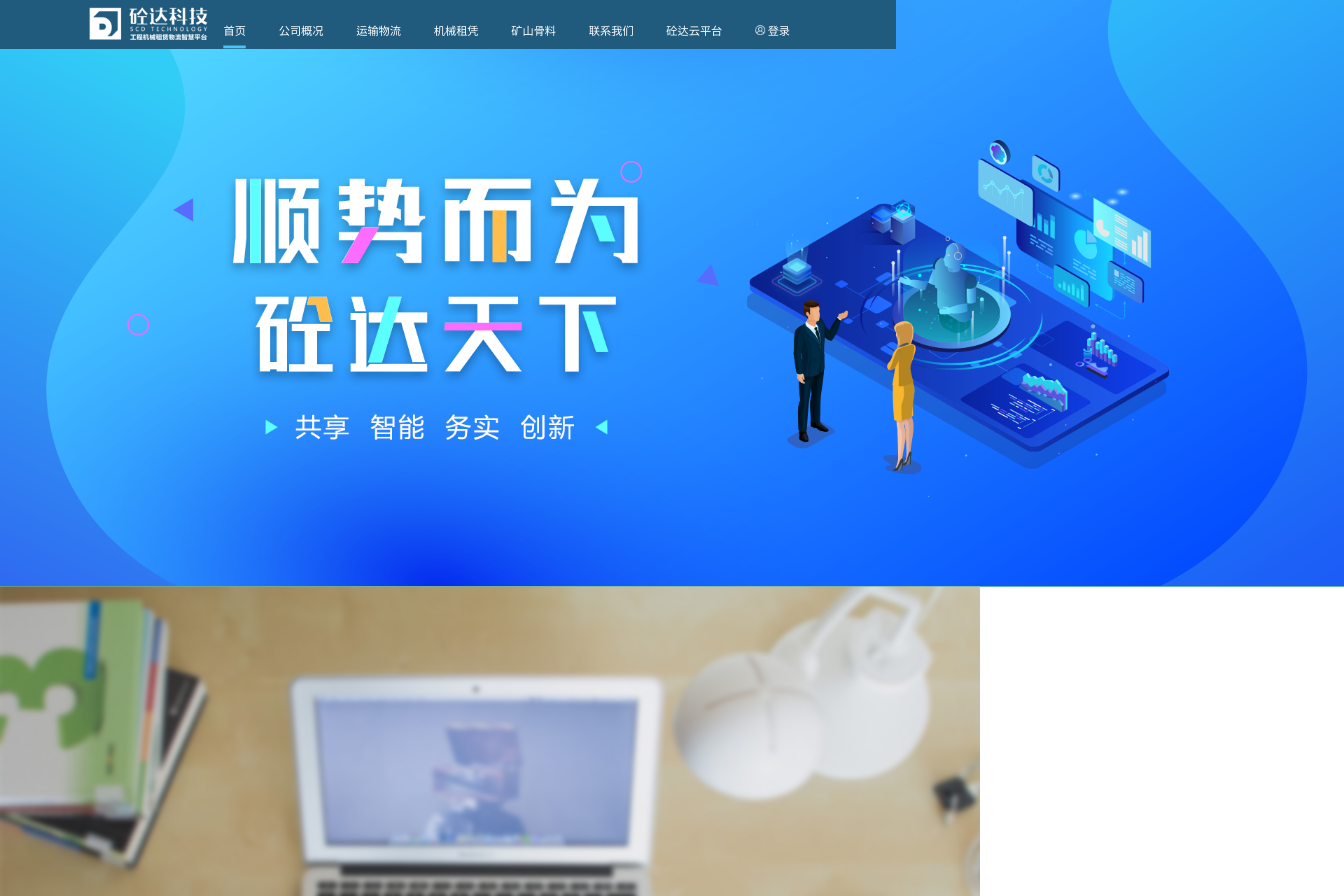
Repository: nzrdjdj/nzrdjdj.github.io
Page: index.html
An editor plug-in stored every save of this project. The page is shown before and after the next save, followed by the edit.
The browser window is 1280 px wide. The page is 1920 px wide, then 1369 px, so the pictures cover 1920 px, including what lies to the right of the window. The pictures show the part of the page from y = 0 to 1280 px (the page is 4342 px tall before and 2036 px after), at 70% of full size.

Above is the page before, as saved 2021-10-09 09:51:47.

### index.html
<!DOCTYPE html>
<html lang="en">

<head>
    <meta charset="UTF-8">
    <meta http-equiv="X-UA-Compatible" content="IE=edge">
    <meta name="viewport" content="width=device-width, initial-scale=1.0">
    <title>首页</title>
    <link rel="stylesheet" href="./css/index.css">
    <!-- <link rel="stylesheet" href="./css/lunbo.css"> -->
</head>

<script>
    // var nei = document.getElementById("ab").children;
    // var left = document.getElementsByClassName("left")[0];
    // var lunbo = document.getElementsByClassName("lunbo")[0];
    // var right = document.getElementsByClassName("right")[0];
    // var bu = document.getElementById("bu").children;
    // var index = 0

    // function str() {
    //     index++
    //     if (index >= 6) {
    //         index = 0;
    //     }
    //     main()
    // }

    // function main() {
    //     for (var i = 0; i < nei.length; i++) {
    //         nei[i].style.display = "none"
    //         bu[i].classList.remove("hei")
    //     }
    //         nei[index].style.display = "block"
    //         bu[index].classList.add("hei")
    // }

    // item = setInterval(str, 2000)
    // // 自动轮播


    // lunbo.onmouseover = function () {
    //     clearInterval(item)
    // }
    // lunbo.onmouseout = function () {
    //     item = setInterval(str, 2000)
    // }

    // // 左右按钮

    // left.onclick = function () {
    //     index--;
    //     if (index < 0) {
    //         index = nei.length - 1
    //     }
    //     main()
    // }

    // right.onclick = function () {
    //     index++;
    //     if (index >= nei.length) {
    //         index = 0
    //     }
    //     main()
    // }

    // // 底部按钮

    // for (var i = 0; i < bu.length; i++) {
    //     bu[i].index = i;
    //     bu[i].onclick = function () {
    //         index = this.index;
    //         for (var j = 0; j < bu.length; j++) {
    //             main()
    //         }

    //     }
    // }
</script>

<body>
    <div class="all">
        <div class="head">
            <div class="lunbo">
                <div class="lunbo1" id="ab">
                    <img style="display: block;" src="./images/slider/bg1.png" alt="">
                    <img src="./images/slider/bg2.jpg" alt="">
                    <img src="./images/slider/bg3.jpg" alt="">
                </div>
                <div class="button" id="bu">
                    <div class="hei"></div>
                    <div></div>
                    <div></div>
                </div>
            </div>
            <!-- <div class="haed-logo" id="lunbo">
                <img src="./images/slider/bg1.png" />
                <img src="./images/slider/bg3.jpg" />
                <img src="./images/slider/bg2.jpg" />
            </div> -->
            <div class="head-title">
                <div class="head-nav">
                    <div class="left">
                        <image class="" src="./images/logo.png" mode="widthFix" />
                    </div>
                    <div class="right">
                        <div class="hover">首页</div>
                        <div>公司概况</div>
                        <div>运输物流</div>
                        <div>机械租凭</div>
                        <div>矿山骨料</div>
                        <div>联系我们</div>
                        <div>砼达云平台</div>
                        <div>
                            <image class="" src="./images/dl.png" "/>
                            登录
                        </div>
                    </div>
                </div>
            </div>
        </div>
        <div class=" main">
                                <!-- 业务 -->
                                <div class="firstmain">
                                    <div class="firstmain-info">业务布局</div>
                                    <div class="first-border">
                                        <image class="" src="./images/partners/bar.png" />
                                    </div>
                                    <div class="colorstyle">B U S I N E S S L A Y O U T</div>
                                    <div class="main-img">
                                        <image style="width: 80%;margin-top: 10px;" src="./images/partners/map.png"
                                            mode="widthFix" />
                                    </div>
                                </div>
                                <!-- 运营 -->
                                <div class="mainCenter">
                                    <div class="firstmain-info">运营案列</div>
                                    <div class="first-border">
                                        <image class="" src="./images/partners/bar.png" />
                                    </div>
                                    <div class="colorstyle">C L N C H A D E A L T H E C A S E</div>
                                    <div class="pgimg">
                                        <div class="img">
                                            <div class="yui">
                                                <image style="width: 435px;height: 245px;"
                                                    src="./images/partners/car2.png" />
                                                <div class="zzhao">
                                                    <div>查看案例详情</div>
                                                </div>
                                            </div>
                                            <div class="icon">123456</div>
                                        </div>
                                        <div class="img">
                                            <div class="yui">
                                                <image style="width: 435px;height: 245px;"
                                                    src="./images/partners/car2.png" />
                                                <div class="zzhao">
                                                    <div>查看案例详情</div>
                                                </div>
                                            </div>
                                            <div class="icon">123456</div>
                                        </div>
                                        <div class="img">
                                            <div class="yui">
                                                <image style="width: 435px;height: 245px;"
                                                    src="./images/partners/car2.png" />
                                                <div class="zzhao">
                                                    <div>查看案例详情</div>
                                                </div>
                                            </div>
                                            <div class="icon">123456</div>
                                        </div>
                                    </div>
                                    <div class="anli">
                                        <div>更多案例></div>
                                    </div>
                                </div>
                                <!-- 新闻资讯 -->
                                <div class="ctenrnew">
                                    <div class="xinwen">
                                        <div class="firstmain-info">新闻资讯</div>
                                        <div class="first-border">
                                            <image class="" src="./images/partners/bar.png" />
                                        </div>
                                        <div class="colorstyle">N E W S A N D infomation</div>
                                    </div>
                                    <div class="news">
                                        <div style="    padding-top: 22px;">
                                            <div>
                                                <image style="width: 435px;height: 245px;"
                                                    src="./images/partners/car2.png" />
                                            </div>
                                            <div style="width: 435px;">
                                                展会预告| 与您相约2021年长沙国际工程机械展览会<br>
                                                <span
                                                    style="color: gray;">2021长沙国际工程机械展览会将于5月19日在长沙国际会展中心拉开帷幕。这将是今年全球唯一举办的30万平方米超大型工程机械行业展会。</span>
                                            </div>
                                        </div>
                                        <div>
                                            <div
                                                style="height: 125px; margin-top: 20px; background-color: #fff;margin-left:10px;">
                                                <div style="display: flex;">
                                                    <div style="margin-left: 20px; margin-top: 20px;">
                                                        <div style="color: gray;font-size: 24px;">15</div>
                                                        <div style="color: gray;margin-top: 30px;">2021-03</div>
                                                    </div>
                                                    <div style="padding: 15px; line-height: 30px;">
                                                        <div>混凝土泵车的使用应注意哪些事项</div>
                                                        <span
                                                            style="color: gray;margin-top: 30px;padding-top: 20px; margin-left: 10px;">凝土泵车在进行各项操作时应有专业<br>的操作人员对其进行系统的培训...</span>
                                                    </div>
                                                </div>
                                            </div>
                                            <div
                                                style="height: 125px; margin-top: 20px; background-color: #fff;margin-left:10px;">
                                                <div style="display: flex;">
                                                    <div style="margin-left: 20px; margin-top: 20px;">
                                                        <div style="color: gray;font-size: 24px;">15</div>
                                                        <div style="color: gray;margin-top: 30px;">2021-03</div>
                                                    </div>
                                                    <div style="padding: 15px; line-height: 30px;">
                                                        <div>混凝土泵车的使用应注意哪些事项</div>
                                                        <span
                                                            style="color: gray;margin-top: 30px;padding-top: 20px; margin-left: 10px;">凝土泵车在进行各项操作时应有专业<br>的操作人员对其进行系统的培训...</span>
                                                    </div>
                                                </div>
                                            </div>
                                        </div>
                                        <div>
                                            <div
                                                style="height: 125px; margin-top: 20px; background-color: #fff;margin-left:10px;">
                                                <div style="display: flex;">
                                                    <div style="margin-left: 20px; margin-top: 20px;">
                                                        <div style="color: gray;font-size: 24px;">15</div>
                                                        <div style="color: gray;margin-top: 30px;">2021-03</div>
                                                    </div>
                                                    <div style="padding: 15px; line-height: 30px;">
                                                        <div style="color: #56CFFF;">混凝土泵车的使用应注意哪些事项</div>
                                                        <span
                                                            style="color: gray;margin-top: 30px;padding-top: 20px; margin-left: 10px;">凝土泵车在进行各项操作时应有专业<br>的操作人员对其进行系统的培训...</span>
                                                    </div>
                                                </div>
                                            </div>
                                            <div
                                                style="height: 125px; margin-top: 20px; background-color: #fff;margin-left:10px;">
                                                <div style="display: flex;">
                                                    <div style="margin-left: 20px; margin-top: 20px;">
                                                        <div style="color: gray;font-size: 24px;">15</div>
                                                        <div style="color: gray;margin-top: 30px;">2021-03</div>
                                                    </div>
                                                    <div style="padding: 15px; line-height: 30px;">
                                                        <div>混凝土泵车的使用应注意哪些事项</div>
                                                        <span
                                                            style="color: gray;margin-top: 30px;padding-top: 20px; margin-left: 10px;">凝土泵车在进行各项操作时应有专业<br>的操作人员对其进行系统的培训...</span>
                                                    </div>
                                                </div>
                                            </div>
                                        </div>
                                    </div>
                                </div>
                                <!-- 关于我们 -->
                                <div class="about">
                                    <div class="xinwen">
                                        <div class="ab">关于我们</div>
                                        <div class="first-border">
                                            <image class="" src="./images/partners/bar.png" />
                                        </div>
                                        <div class="colorstyle">A B 0 U T US</div>
                                    </div>
                                    <div class="aboutinfo">
                                        <div class="oneaboutinfo">
                                            <div style="padding-left:10px;"> 砼 达 科 技 是 一 家 服 务 于 混 凝 土 及 原 材 料 生 产 、 物 流
                                                、 施 工 的 共 享 智 能 化 平 台 。</div>
                                            <div>愿 景 ： 推 动 混 凝 土 产 业 数 字 文 明 进 程 ， 打 造 混 凝 土 高 效 流 通 生 态 圈 ; </div>
                                            <div>使 命 ： 打 造 一 个 社 会 化 高 度 协 同 、 智 慧 的 工 程 机 械 物 联 网 运 营 平 台 </div>
                                            <div> 核 心 价 值 观 ： 服 务 创 造 价 值 ， 专 业 赢 得 信 任 ， 坚 持 成 就 梦 想 ， 奋 斗 改 变 生 活
                                            </div>
                                        </div>
                                        <div>
                                            <image style="height:200px;width: 460px;" src="./images/partners/city.png"
                                                mode="widthFix" />
                                        </div>
                                    </div>
                                </div>
                        </div>
                    </div>
                    <div class="footer">
                        <div class="footerinfo">
                            <div class="left">
                                <div>
                                    <image style="margin-top: 30px;" src="./images/banner1.png" />
                                </div>
                                <div style="display: flex; justify-content: space-between;width: 700px;">
                                    <div style="margin-top: 10px; margin-left: -10px;">
                                        <image src="" />
                                        📞 电 话: 1 5 0 8 4 9 3 5 5 5 5
                                    </div>
                                    <div style="margin-top: 10px;">📫 邮 箱: 1 2 3 7 1 5 8 3 0 @ qq.com</div>
                                </div>
                                <div style="margin-top: 10px;">
                                    地址:长 沙 市 雨 花 区 德 思 勤 广 场 1 栋 605室
                                </div>
                                <div style="margin-top: 10px;">
                                    友情链接 : 长沙鼎宸机械设备租赁有限公司 | 湖南鼎宸物流有限公司 | 湖南砼达物流有限公司 | 湖南鑫铅锂新能源科技有限公司 | 贵州砼达科技有限公司
                                </div>
                            </div>
                            <div class="right">
                                <div style="text-align: center;">
                                    <div style="color: #fff;">关于我们</div>
                                    <div class="font">砼达简介</div>
                                    <div class="font">商混物流</div>
                                    <div class="font">机械租凭</div>
                                    <div class="font">矿山骨科</div>
                                </div>
                                <div>
                                    <div style="color: #fff;">关注我们<span
                                            style="color: gray;font-size: 12px;">(扫一扫)</span></div>
                                    <div class="ewm"></div>
                                </div>
                            </div>
                        </div>
                        <div class="last">
                            <div class="last-info font"></div>
                            <div class="font">Copyight 2012-2015 砼达科技 版权所有 honghu.com 湘ICP备15019654号.</div>
                        </div>
                    </div>
</body>

</html>

### css/index.css
*{
    margin: 0;
    padding: 0;
}
.head-title{
    position: relative;
    line-height: 70px;
    top: 0;
    left: 0;
    width: 100%;
    position: fixed;
    background-color: #205B7E;
    height: 70px;
    z-index:99;
}
.head-nav{
    width: 80%;
    margin: 0 auto;
    display: flex;
}
.head-nav .left{
    flex: 1;
    margin-top: 10px;
}
.head-nav div{
    height: 55px;
}
.head-title .right{
    display: flex;
    color: #fff;
    width: 880px;
    cursor: pointer;
    justify-content: space-around;
}

.hover{
    border-bottom: 4px solid #49C5F6;
    text-align: center;
}

/* 轮播 */
.haed-logo{
    display: flex;
    overflow: hidden;

}
.haed-logo img{
    /* position: absolute; */
    width: 100%;
    float: right;
    border: 1px solid red;
}



/* main */
.main{
    width: 100%;
    position: relative;
}
.firstmain{
    text-align: center;
    background-color: #F6FDFE;
}
.firstmain-info{
    font-size: 36px;
}
.colorstyle{
    margin-top: 10px;
    color: #999999;
}
.mainCenter{
    /* background: url(../images/service/logo.png); */
    margin-top: 10px;
    text-align: center;
    background-color: #19263C;
}
.pgimg{
    display: flex;
    width: 90%;
    margin: 0 auto;
    margin-top: 10px;
    justify-content: space-between;
}
.yui{
    height: 245px;
}
.icon{
    width: 435px;
    height: 25px;
    background: #fff;
}
.zzhao{
    font-size: 15px;
    width: 435px;
    height: 245px;
    background: rgba(0, 0, 0, 0.5);
    position: absolute;
    margin-top: -249px;
    display: none;
}
.yui:hover .zzhao{

    display: block;
}
.zzhao div{
    color:#49C5F6;
    padding: 10px;
    border: 1px solid #49C5F6;
    width: 100px;
    margin: 100px auto;
    cursor: pointer;
}
.anli{
    color: #fff;
    padding: 10px;
    border: 1px solid #fff;
    width: 100px;
    height: 10px;
    border-radius: 5px;
    cursor: pointer;
    margin: 10px auto;
    text-align: center;
    line-height: 10px;
}
.xinwen{
    margin-top: 10px;
    text-align: center;
}
.news{
    width: 80%;
    margin: 10px auto;
    display: flex;
}
.news div{
   /* flex: 1; */

}
.ctenrnew{

    background-color: #F6FBFE;
}
.about{
    background-color: #0E0F1B;
    height: 330px;
}
.ab{
    color:#fff;
    font-size: 36px;
}
.aboutinfo{
    display: flex;
    width: 80%;
    margin: 0 auto;
}
.oneaboutinfo{
    width: 65%;
}
.aboutinfo{
    margin-top: 10px;
}
.oneaboutinfo div{
    padding: 10px;
    font-size: 12px;
    color: #fff;
}
.footer{
    width: 100%;
    height: 225px;
    background-color: #1B222E;
    margin-top: -10px;
}
.footerinfo{
    display: flex;
    width: 80%;
    margin: 10px auto;
}
.left{
    color: gray;
    font-size: 12px;
}
.right{
    margin-top: 10px;
    width: 20%;
    display: flex;
    justify-content: space-between;
}
.font{
    margin-top: 10px;
    color: gray;
    font-size: 12px;
}
.ewm{
    margin-top: 10px;
    width: 70px;
    height: 70px;
    background-color: #fff;
}
.last{
    width: 80%;
    margin: 0 auto;
}
.last-info{
    border-top: 1px solid gray;
}

After the next save:
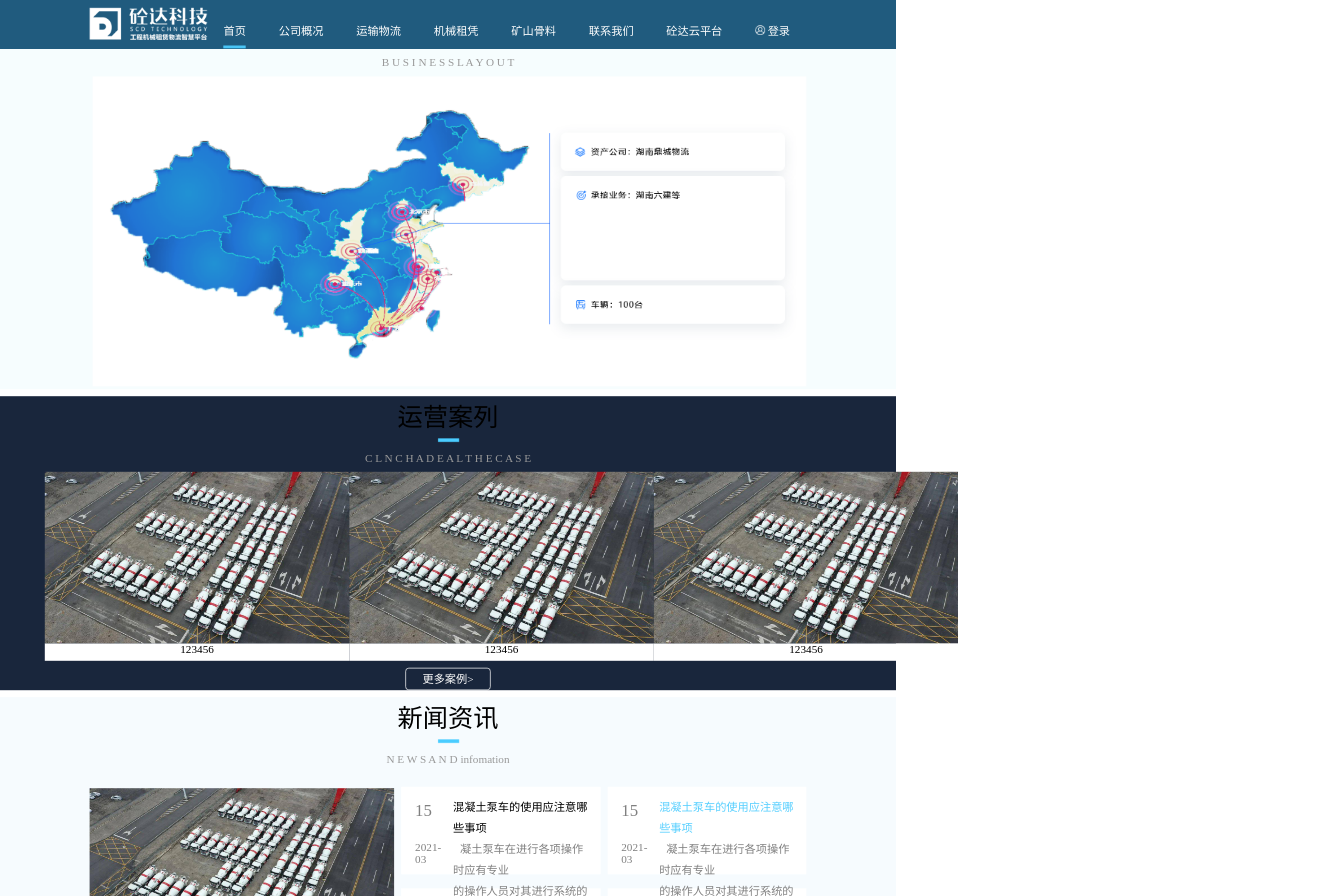
Saved 77 s later.
--- a/index.html
+++ b/index.html
@@ -81,18 +81,6 @@
 <body>
     <div class="all">
         <div class="head">
-            <div class="lunbo">
-                <div class="lunbo1" id="ab">
-                    <img style="display: block;" src="./images/slider/bg1.png" alt="">
-                    <img src="./images/slider/bg2.jpg" alt="">
-                    <img src="./images/slider/bg3.jpg" alt="">
-                </div>
-                <div class="button" id="bu">
-                    <div class="hei"></div>
-                    <div></div>
-                    <div></div>
-                </div>
-            </div>
             <!-- <div class="haed-logo" id="lunbo">
                 <img src="./images/slider/bg1.png" />
                 <img src="./images/slider/bg3.jpg" />
